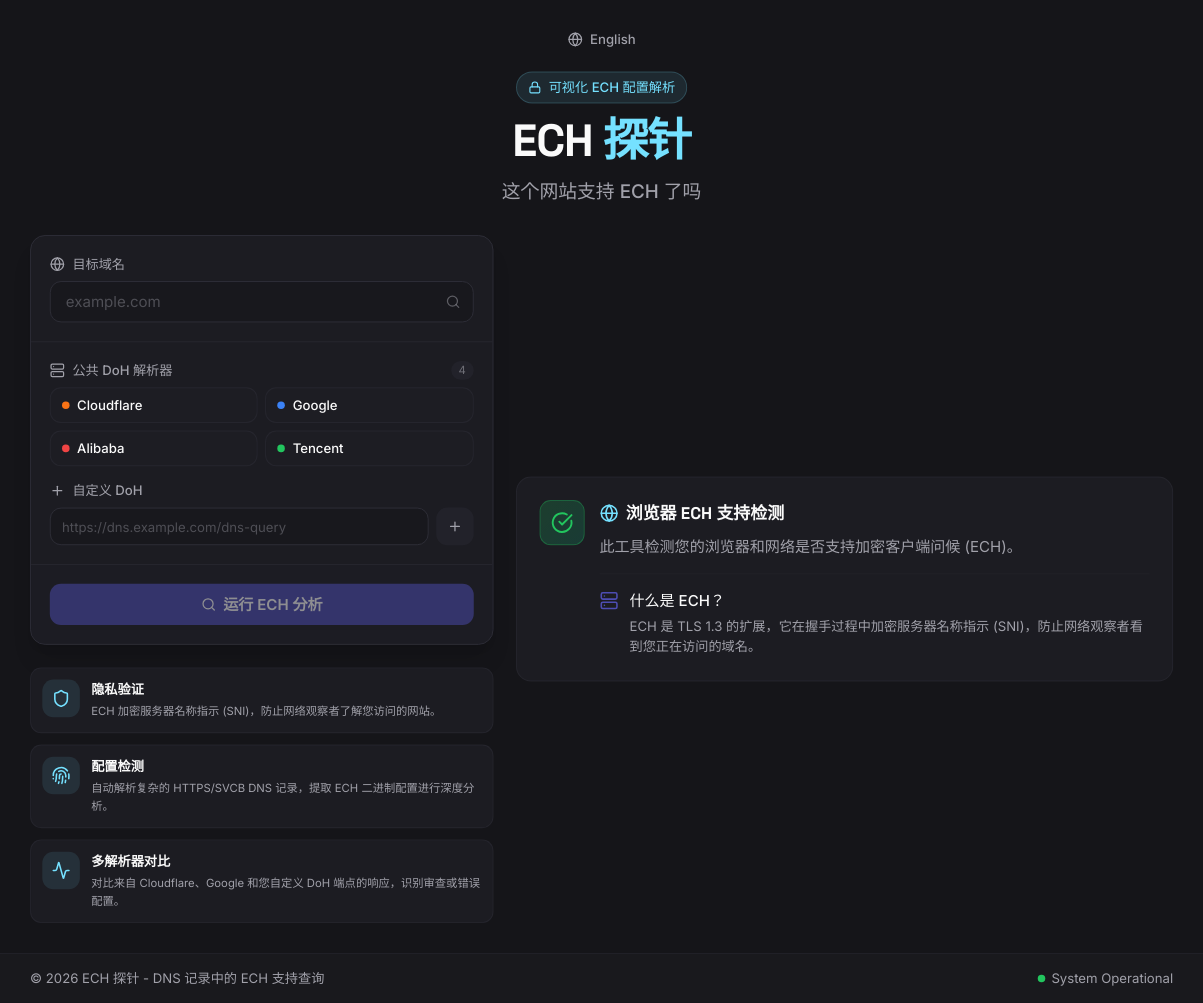
Repository: coolapijust/Ech-probe
Page: /
These files come from the project's save history. The page is drawn as it stood at one moment and after the next save; the edit follows.
The browser window is 1280 px wide. The pictures show the whole page, at 94% of full size.
The project was rebuilt for these pictures with package versions that can differ from the ones it lists, and the page was loaded fresh each time. The framework's server and built-in components were replaced by stand-ins that run in the browser. Also part of the build but not shown: next.config.mjs, src/components/ui/card.tsx, src/components/ui/table.tsx, src/components/ui/badge.tsx, src/components/ui/label.tsx, src/components/ECHProbe/ResultsDisplay.tsx.

Above is the page before, as saved 2026-03-13 19:48:32.

### src/app/layout.tsx

import type {Metadata} from 'next';
import './globals.css';
import { Toaster } from "@/components/ui/toaster";
import { LanguageProvider } from '@/context/LanguageContext';

export const metadata: Metadata = {
  title: 'ECH Probe | Secure DNS Analysis',
  description: 'Advanced ECHConfig detection and DNS analysis tool.',
};

export default function RootLayout({
  children,
}: Readonly<{
  children: React.ReactNode;
}>) {
  return (
    <html lang="en" className="dark">
      <head>
        <link rel="preconnect" href="https://fonts.googleapis.com" />
        <link rel="preconnect" href="https://fonts.gstatic.com" crossOrigin="anonymous" />
        <link href="https://fonts.googleapis.com/css2?family=Inter:wght@400;500;600&family=Space+Grotesk:wght@500;700&display=swap" rel="stylesheet" />
      </head>
      <body className="font-body antialiased bg-background text-foreground min-h-screen">
        <LanguageProvider>
          {children}
          <Toaster />
        </LanguageProvider>
      </body>
    </html>
  );
}

### src/app/page.tsx
'use client';

import { useState } from 'react';
import { DomainForm } from '@/components/ECHProbe/DomainForm';
import { ResultsDisplay } from '@/components/ECHProbe/ResultsDisplay';
import { performECHAnalysis, ResolverResult } from '@/app/actions/dns';
import { Shield, Lock, Fingerprint, Activity, Globe, Server, CheckCircle } from 'lucide-react';
import { useLanguage } from '@/context/LanguageContext';
import { LanguageSwitcher } from '@/components/LanguageSwitcher';

export default function Home() {
  const [results, setResults] = useState<ResolverResult[]>([]);
  const [domain, setDomain] = useState('');
  const [isAnalyzing, setIsAnalyzing] = useState(false);
  const { t } = useLanguage();

  const handleAnalyze = async (domain: string, resolvers: string[], custom: string[]) => {
    setIsAnalyzing(true);
    setDomain(domain);
    try {
      const data = await performECHAnalysis(domain, resolvers, custom);
      setResults(data);
    } catch (err) {
      console.error(err);
    } finally {
      setIsAnalyzing(false);
    }
  };

  return (
    <div className="min-h-screen">
      {/* Hero Section - 更紧凑 */}
      <section className="pt-6 pb-8">
        <div className="max-w-7xl mx-auto px-4 sm:px-6 lg:px-8">
          <div className="text-center space-y-4">
            {/* Language Switcher */}
            <div className="flex justify-center">
              <LanguageSwitcher />
            </div>

            {/* Badge */}
            <div className="inline-flex items-center gap-2 px-3 py-1.5 rounded-full bg-accent/10 text-accent border border-accent/20 text-sm font-medium">
              <Lock className="w-3.5 h-3.5" />
              {t.badge}
            </div>

            {/* Title */}
            <h1 className="text-3xl md:text-4xl lg:text-5xl font-bold tracking-tight">
              <span className="text-foreground">{t.title.split(' ')[0]}</span>
              <span className="text-accent"> {t.title.split(' ')[1]}</span>
            </h1>

            {/* Subtitle */}
            <p className="text-lg md:text-xl text-muted-foreground font-medium">
              {t.subtitle}
            </p>
          </div>
        </div>
      </section>

      {/* Main Content - 两栏布局 */}
      <main className="max-w-7xl mx-auto px-4 sm:px-6 lg:px-8 pb-8">
        <div className="grid lg:grid-cols-12 gap-6">
          {/* Left Column - Form */}
          <div className="lg:col-span-5">
            <DomainForm onAnalyze={handleAnalyze} isLoading={isAnalyzing} />

            {/* Features - 放在表单下方 */}
            {!isAnalyzing && results.length === 0 && (
              <div className="mt-6 space-y-3">
                <FeatureItem
                  icon={<Shield className="w-5 h-5" />}
                  title={t.privacyVerified}
                  description={t.privacyDesc}
                />
                <FeatureItem
                  icon={<Fingerprint className="w-5 h-5" />}
                  title={t.configDetection}
                  description={t.configDesc}
                />
                <FeatureItem
                  icon={<Activity className="w-5 h-5" />}
                  title={t.multiResolver}
                  description={t.multiDesc}
                />
              </div>
            )}
          </div>

          {/* Right Column - Results */}
          <div className="lg:col-span-7">
            {results.length > 0 ? (
              <ResultsDisplay results={results} domain={domain} />
            ) : (
              /* ECH Info - 右侧占位内容 */
              <div className="h-full min-h-[400px] flex flex-col justify-center">
                <div className="bg-card border border-border/50 rounded-2xl p-6">
                  <div className="flex items-start gap-4">
                    <div className="w-12 h-12 rounded-xl bg-gradient-to-br from-green-500/20 to-emerald-500/20 border border-green-500/30 flex items-center justify-center shrink-0">
                      <CheckCircle className="w-6 h-6 text-green-500" />
                    </div>
                    <div className="flex-1">
                      <h3 className="text-lg font-semibold mb-2 flex items-center gap-2">
                        <Globe className="w-5 h-5 text-accent" />
                        {t.echCheckTitle}
                      </h3>
                      <p className="text-muted-foreground leading-relaxed mb-4">
                        {t.echCheckDesc}
                      </p>
                      <div className="flex items-start gap-3 pt-4 border-t border-border/30">
                        <Server className="w-5 h-5 text-primary mt-0.5 shrink-0" />
                        <div>
                          <span className="font-medium">{t.echWhatIs}</span>
                          <p className="text-sm text-muted-foreground mt-1 leading-relaxed">
                            {t.echExplain}
                          </p>
                        </div>
                      </div>
                    </div>
                  </div>
                </div>
              </div>
            )}
          </div>
        </div>
      </main>

      {/* Footer */}
      <footer className="border-t border-border/50 bg-muted/30 mt-auto">
        <div className="max-w-7xl mx-auto px-4 sm:px-6 lg:px-8 py-4">
          <div className="flex flex-col sm:flex-row justify-between items-center gap-2 text-sm text-muted-foreground">
            <p>{t.footer.replace('{year}', new Date().getFullYear().toString())}</p>
            <span className="flex items-center gap-1.5">
              <span className="w-2 h-2 rounded-full bg-green-500" />
              System Operational
            </span>
          </div>
        </div>
      </footer>
    </div>
  );
}

function FeatureItem({ icon, title, description }: { icon: React.ReactNode; title: string; description: string }) {
  return (
    <div className="flex items-start gap-3 p-3 rounded-xl bg-card border border-border/50 hover:border-accent/30 transition-colors">
      <div className="w-10 h-10 rounded-lg bg-accent/10 flex items-center justify-center text-accent shrink-0">
        {icon}
      </div>
      <div>
        <h3 className="font-semibold text-sm mb-1">{title}</h3>
        <p className="text-xs text-muted-foreground leading-relaxed">{description}</p>
      </div>
    </div>
  );
}

### src/app/globals.css

@tailwind base;
@tailwind components;
@tailwind utilities;

@layer base {
  :root {
    --background: 240 10% 9%; /* #15151A */
    --foreground: 0 0% 98%;
    --card: 240 10% 12%;
    --card-foreground: 0 0% 98%;
    --popover: 240 10% 9%;
    --popover-foreground: 0 0% 98%;
    --primary: 240 40% 50%; /* #4D4DB3 approx */
    --primary-foreground: 0 0% 100%;
    --secondary: 240 10% 15%;
    --secondary-foreground: 0 0% 98%;
    --muted: 240 10% 15%;
    --muted-foreground: 240 5% 65%;
    --accent: 193 100% 73%; /* #75E1FF */
    --accent-foreground: 240 10% 9%;
    --destructive: 0 62.8% 30.6%;
    --destructive-foreground: 0 0% 98%;
    --border: 240 10% 20%;
    --input: 240 10% 20%;
    --ring: 193 100% 73%;
    --radius: 0.75rem;
  }
}

@layer base {
  * {
    @apply border-border;
  }
  body {
    @apply bg-background text-foreground font-body;
  }
  h1, h2, h3, h4, h5, h6 {
    @apply font-headline;
  }
}

### src/components/ui/toaster.tsx
"use client"

import { useToast } from "@/hooks/use-toast"
import {
  Toast,
  ToastClose,
  ToastDescription,
  ToastProvider,
  ToastTitle,
  ToastViewport,
} from "@/components/ui/toast"

export function Toaster() {
  const { toasts } = useToast()

  return (
    <ToastProvider>
      {toasts.map(function ({ id, title, description, action, ...props }) {
        return (
          <Toast key={id} {...props}>
            <div className="grid gap-1">
              {title && <ToastTitle>{title}</ToastTitle>}
              {description && (
                <ToastDescription>{description}</ToastDescription>
              )}
            </div>
            {action}
            <ToastClose />
          </Toast>
        )
      })}
      <ToastViewport />
    </ToastProvider>
  )
}

### src/context/LanguageContext.tsx

'use client';

import React, { createContext, useContext, useState, ReactNode } from 'react';
import { translations, Language } from '@/lib/i18n';

interface LanguageContextType {
  language: Language;
  setLanguage: (lang: Language) => void;
  t: any;
}

const LanguageContext = createContext<LanguageContextType | undefined>(undefined);

export function LanguageProvider({ children }: { children: ReactNode }) {
  const [language, setLanguage] = useState<Language>('cn'); // 默认中文

  const t = translations[language];

  return (
    <LanguageContext.Provider value={{ language, setLanguage, t }}>
      {children}
    </LanguageContext.Provider>
  );
}

export function useLanguage() {
  const context = useContext(LanguageContext);
  if (context === undefined) {
    throw new Error('useLanguage must be used within a LanguageProvider');
  }
  return context;
}

### src/app/actions/dns.ts
'use server';

import { parseECHFromHttpsRecord } from '@/lib/dns-parser';
import { queryDoH } from '@/lib/doh-query';

import { ECHConfigDetail } from '@/lib/dns-parser';

export type ResolverResult = {
  resolverName: string;
  echConfigDetected: boolean;
  echConfigDetails: ECHConfigDetail | null;
  errorMessage: string | null;
  rawResponse?: string;
};

const PRESET_RESOLVERS = [
  { name: 'Cloudflare', url: 'https://cloudflare-dns.com/dns-query' },
  { name: 'Google', url: 'https://dns.google/resolve' },
  { name: 'Alibaba', url: 'https://dns.alidns.com/resolve' },
  { name: 'Tencent', url: 'https://doh.pub/dns-query' },
];

export async function performECHAnalysis(
  domain: string,
  selectedResolvers: string[],
  customResolvers: string[] = []
): Promise<ResolverResult[]> {
  const resolversToQuery = PRESET_RESOLVERS.filter(r => selectedResolvers.includes(r.name));

  const dohPromises = resolversToQuery.map(async (res) => {
    try {
      const records = await queryDoH(domain, res.url);
      const echDetails = records.map(parseECHFromHttpsRecord).find(d => d !== null) || null;
      return {
        resolverName: res.name,
        echConfigDetected: !!echDetails,
        echConfigDetails: echDetails,
        errorMessage: null,
        rawResponse: records.join('\n')
      };
    } catch (err: any) {
      let errorMsg = err.message || 'Unknown error';
      if (err.name === 'AbortError') {
        errorMsg = 'Request timeout';
      }
      return {
        resolverName: res.name,
        echConfigDetected: false,
        echConfigDetails: null,
        errorMessage: errorMsg
      };
    }
  });

  const customPromises = customResolvers.map(async (url) => {
    try {
      const records = await queryDoH(domain, url);
      const echDetails = records.map(parseECHFromHttpsRecord).find(d => d !== null) || null;
      return {
        resolverName: `Custom (${new URL(url).hostname})`,
        echConfigDetected: !!echDetails,
        echConfigDetails: echDetails,
        errorMessage: null,
        rawResponse: records.join('\n')
      };
    } catch (err: any) {
      let errorMsg = err.message || 'Unknown error';
      if (err.name === 'AbortError') {
        errorMsg = 'Request timeout';
      }
      return {
        resolverName: 'Custom Resolver',
        echConfigDetected: false,
        echConfigDetails: null,
        errorMessage: errorMsg
      };
    }
  });

  const allResults = await Promise.all([...dohPromises, ...customPromises]);
  return allResults;
}

### src/components/LanguageSwitcher.tsx

'use client';

import { useLanguage } from '@/context/LanguageContext';
import { Button } from '@/components/ui/button';
import { Globe } from 'lucide-react';

export function LanguageSwitcher() {
  const { language, setLanguage } = useLanguage();

  return (
    <Button
      variant="ghost"
      size="sm"
      onClick={() => setLanguage(language === 'en' ? 'cn' : 'en')}
      className="flex items-center gap-2 text-muted-foreground hover:text-accent"
    >
      <Globe className="w-4 h-4" />
      {language === 'en' ? '中文' : 'English'}
    </Button>
  );
}

### src/lib/i18n.ts

export const translations = {
  en: {
    title: "ECH Probe",
    subtitle: "Does this site support ECH?",
    badge: "Visual ECH Config Parser",
    description: "Advanced DNS-over-HTTPS analysis to detect and verify Encrypted Client Hello (ECH) configurations across global resolvers.",
    targetDomain: "Target Domain",
    domainPlaceholder: "example.com",
    publicResolvers: "Public DoH Resolvers",
    customResolvers: "Custom DoH",
    localResolver: "Local System Resolver (Always)",
    runAnalysis: "Run ECH Analysis",
    executing: "Executing Probe...",
    analysisFor: "Analysis for",
    detectedCount: "out of {total} resolvers detected ECHConfig.",
    consistent: "Consistent Results",
    discrepancies: "Discrepancies Found",
    sourceComparison: "Source Comparison",
    resolver: "Resolver",
    status: "ECH Status",
    details: "Details",
    action: "Action",
    raw: "Raw",
    rawData: "Raw Data",
    error: "Error",
    detected: "Detected",
    notFound: "Not Found",
    echParameters: "ECH Parameters",
    primaryDetails: "Details from the primary detected config",
    noData: "No ECH data available to display.",
    generateReport: "Generate Intelligence Report",
    aiDescription: "Our AI engine will analyze these DNS records to explain the privacy and security implications of ECH for {domain}.",
    generateBtn: "Generate AI Insight",
    generating: "Analyzing Security Vectors...",
    aiInsightTitle: "AI Security Insight",
    regenerate: "Regenerate Analysis",
    footer: "© {year} ECH Probe - ECH Support Query in DNS Records",
    privacyVerified: "Privacy Verified",
    privacyDesc: "ECH encrypts the Server Name Indication (SNI), preventing network observers from knowing which websites you visit.",
    configDetection: "Config Detection",
    configDesc: "Automatically parse complex HTTPS/SVCB DNS records to extract ECH binary configurations for deep analysis.",
    multiResolver: "Multi-Resolver",
    multiDesc: "Compare responses from Cloudflare, Google, and your own custom DoH endpoints to identify censorship or misconfigs.",
    echCheckTitle: "Browser ECH Support Check",
    echCheckDesc: "This tool checks whether your browser and network support Encrypted Client Hello (ECH).",
    echWhatIs: "What is ECH?",
    echExplain: "ECH is an extension of TLS 1.3 that encrypts the Server Name Indication (SNI) during the handshake, preventing network observers from seeing the domain you are visiting."
  },
  cn: {
    title: "ECH 探针",
    subtitle: "这个网站支持 ECH 了吗",
    badge: "可视化 ECH 配置解析",
    description: "高级 DNS-over-HTTPS 分析工具，用于检测和验证全球解析器中的加密客户端问候 (ECH) 配置。",
    targetDomain: "目标域名",
    domainPlaceholder: "example.com",
    publicResolvers: "公共 DoH 解析器",
    customResolvers: "自定义 DoH",
    localResolver: "本地系统解析器 (始终开启)",
    runAnalysis: "运行 ECH 分析",
    executing: "正在探测...",
    analysisFor: "分析对象：",
    detectedCount: "{total} 个解析器中有 {count} 个检测到 ECHConfig。",
    consistent: "结果一致",
    discrepancies: "发现差异",
    sourceComparison: "源对比",
    resolver: "解析器",
    status: "ECH 状态",
    details: "详情",
    action: "操作",
    raw: "原始数据",
    rawData: "原始数据详情",
    error: "错误",
    detected: "已检测到",
    notFound: "未找到",
    echParameters: "ECH 参数",
    primaryDetails: "主检测配置详情",
    noData: "暂无可显示的 ECH 数据。",
    generateReport: "生成智能报告",
    aiDescription: "我们的 AI 引擎将分析这些 DNS 记录，解释 ECH 对 {domain} 的隐私和安全影响。",
    generateBtn: "生成 AI 洞察",
    generating: "正在分析安全向量...",
    aiInsightTitle: "AI 安全洞察",
    regenerate: "重新生成分析",
    footer: "© {year} ECH 探针 - DNS 记录中的 ECH 支持查询",
    privacyVerified: "隐私验证",
    privacyDesc: "ECH 加密服务器名称指示 (SNI)，防止网络观察者了解您访问的网站。",
    configDetection: "配置检测",
    configDesc: "自动解析复杂的 HTTPS/SVCB DNS 记录，提取 ECH 二进制配置进行深度分析。",
    multiResolver: "多解析器对比",
    multiDesc: "对比来自 Cloudflare、Google 和您自定义 DoH 端点的响应，识别审查或错误配置。",
    echCheckTitle: "浏览器 ECH 支持检测",
    echCheckDesc: "此工具检测您的浏览器和网络是否支持加密客户端问候 (ECH)。",
    echWhatIs: "什么是 ECH？",
    echExplain: "ECH 是 TLS 1.3 的扩展，它在握手过程中加密服务器名称指示 (SNI)，防止网络观察者看到您正在访问的域名。"
  }
};

export type Language = 'en' | 'cn';

### src/components/ui/button.tsx
import * as React from "react"
import { Slot } from "@radix-ui/react-slot"
import { cva, type VariantProps } from "class-variance-authority"

import { cn } from "@/lib/utils"

const buttonVariants = cva(
  "inline-flex items-center justify-center gap-2 whitespace-nowrap rounded-md text-sm font-medium ring-offset-background transition-colors focus-visible:outline-none focus-visible:ring-2 focus-visible:ring-ring focus-visible:ring-offset-2 disabled:pointer-events-none disabled:opacity-50 [&_svg]:pointer-events-none [&_svg]:size-4 [&_svg]:shrink-0",
  {
    variants: {
      variant: {
        default: "bg-primary text-primary-foreground hover:bg-primary/90",
        destructive:
          "bg-destructive text-destructive-foreground hover:bg-destructive/90",
        outline:
          "border border-input bg-background hover:bg-accent hover:text-accent-foreground",
        secondary:
          "bg-secondary text-secondary-foreground hover:bg-secondary/80",
        ghost: "hover:bg-accent hover:text-accent-foreground",
        link: "text-primary underline-offset-4 hover:underline",
      },
      size: {
        default: "h-10 px-4 py-2",
        sm: "h-9 rounded-md px-3",
        lg: "h-11 rounded-md px-8",
        icon: "h-10 w-10",
      },
    },
    defaultVariants: {
      variant: "default",
      size: "default",
    },
  }
)

export interface ButtonProps
  extends React.ButtonHTMLAttributes<HTMLButtonElement>,
    VariantProps<typeof buttonVariants> {
  asChild?: boolean
}

const Button = React.forwardRef<HTMLButtonElement, ButtonProps>(
  ({ className, variant, size, asChild = false, ...props }, ref) => {
    const Comp = asChild ? Slot : "button"
    return (
      <Comp
        className={cn(buttonVariants({ variant, size, className }))}
        ref={ref}
        {...props}
      />
    )
  }
)
Button.displayName = "Button"

export { Button, buttonVariants }

### tailwind.config.ts

import type {Config} from 'tailwindcss';

export default {
  darkMode: ['class'],
  content: [
    './src/pages/**/*.{js,ts,jsx,tsx,mdx}',
    './src/components/**/*.{js,ts,jsx,tsx,mdx}',
    './src/app/**/*.{js,ts,jsx,tsx,mdx}',
  ],
  theme: {
    extend: {
      fontFamily: {
        body: ['Inter', 'sans-serif'],
        headline: ['Space Grotesk', 'sans-serif'],
        code: ['monospace'],
      },
      colors: {
        background: 'hsl(var(--background))',
        foreground: 'hsl(var(--foreground))',
        card: {
          DEFAULT: 'hsl(var(--card))',
          foreground: 'hsl(var(--card-foreground))',
        },
        popover: {
          DEFAULT: 'hsl(var(--popover))',
          foreground: 'hsl(var(--popover-foreground))',
        },
        primary: {
          DEFAULT: 'hsl(var(--primary))',
          foreground: 'hsl(var(--primary-foreground))',
        },
        secondary: {
          DEFAULT: 'hsl(var(--secondary))',
          foreground: 'hsl(var(--secondary-foreground))',
        },
        muted: {
          DEFAULT: 'hsl(var(--muted))',
          foreground: 'hsl(var(--muted-foreground))',
        },
        accent: {
          DEFAULT: 'hsl(var(--accent))',
          foreground: 'hsl(var(--accent-foreground))',
        },
        destructive: {
          DEFAULT: 'hsl(var(--destructive))',
          foreground: 'hsl(var(--destructive-foreground))',
        },
        border: 'hsl(var(--border))',
        input: 'hsl(var(--input))',
        ring: 'hsl(var(--ring))',
        chart: {
          '1': 'hsl(var(--chart-1))',
          '2': 'hsl(var(--chart-2))',
          '3': 'hsl(var(--chart-3))',
          '4': 'hsl(var(--chart-4))',
          '5': 'hsl(var(--chart-5))',
        },
        sidebar: {
          DEFAULT: 'hsl(var(--sidebar-background))',
          foreground: 'hsl(var(--sidebar-foreground))',
          primary: 'hsl(var(--sidebar-primary))',
          'primary-foreground': 'hsl(var(--sidebar-primary-foreground))',
          accent: 'hsl(var(--sidebar-accent))',
          'accent-foreground': 'hsl(var(--sidebar-accent-foreground))',
          border: 'hsl(var(--sidebar-border))',
          ring: 'hsl(var(--sidebar-ring))',
        },
      },
      borderRadius: {
        lg: 'var(--radius)',
        md: 'calc(var(--radius) - 2px)',
        sm: 'calc(var(--radius) - 4px)',
      },
      keyframes: {
        'accordion-down': {
          from: {
            height: '0',
          },
          to: {
            height: 'var(--radix-accordion-content-height)',
          },
        },
        'accordion-up': {
          from: {
            height: 'var(--radix-accordion-content-height)',
          },
          to: {
            height: '0',
          },
        },
      },
      animation: {
        'accordion-down': 'accordion-down 0.2s ease-out',
        'accordion-up': 'accordion-up 0.2s ease-out',
      },
    },
  },
  plugins: [require('tailwindcss-animate')],
} satisfies Config;

Loaded but not shown: src/hooks/use-toast.ts (common file); src/lib/utils.ts (common file); src/lib/dns-parser.ts (369 lines, source omitted); src/components/ECHProbe/DomainForm.tsx (167 lines, source omitted); src/lib/doh-query.ts (202 lines, source omitted); src/components/ui/toast.tsx (129 lines, source omitted)

After the next save:
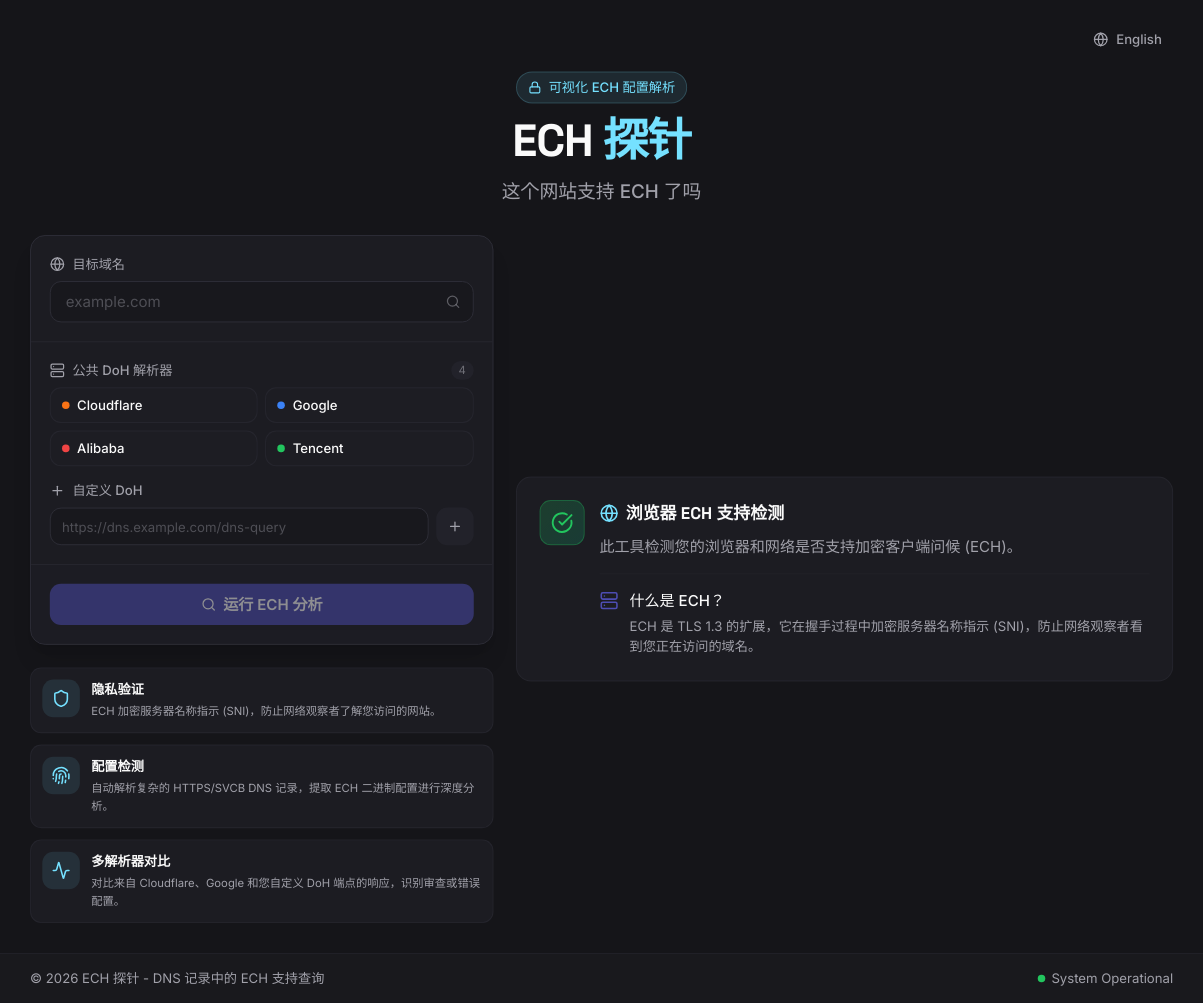
Saved 2 min 13 s later.
--- a/src/app/page.tsx
+++ b/src/app/page.tsx
@@ -29,15 +29,15 @@ export default function Home() {
 
   return (
     <div className="min-h-screen">
-      {/* Hero Section - 更紧凑 */}
+      {/* Hero Section */}
       <section className="pt-6 pb-8">
         <div className="max-w-7xl mx-auto px-4 sm:px-6 lg:px-8">
+          {/* Top Bar - Language Switcher */}
+          <div className="flex justify-end mb-4">
+            <LanguageSwitcher />
+          </div>
+
           <div className="text-center space-y-4">
-            {/* Language Switcher */}
-            <div className="flex justify-center">
-              <LanguageSwitcher />
-            </div>
-
             {/* Badge */}
             <div className="inline-flex items-center gap-2 px-3 py-1.5 rounded-full bg-accent/10 text-accent border border-accent/20 text-sm font-medium">
               <Lock className="w-3.5 h-3.5" />
